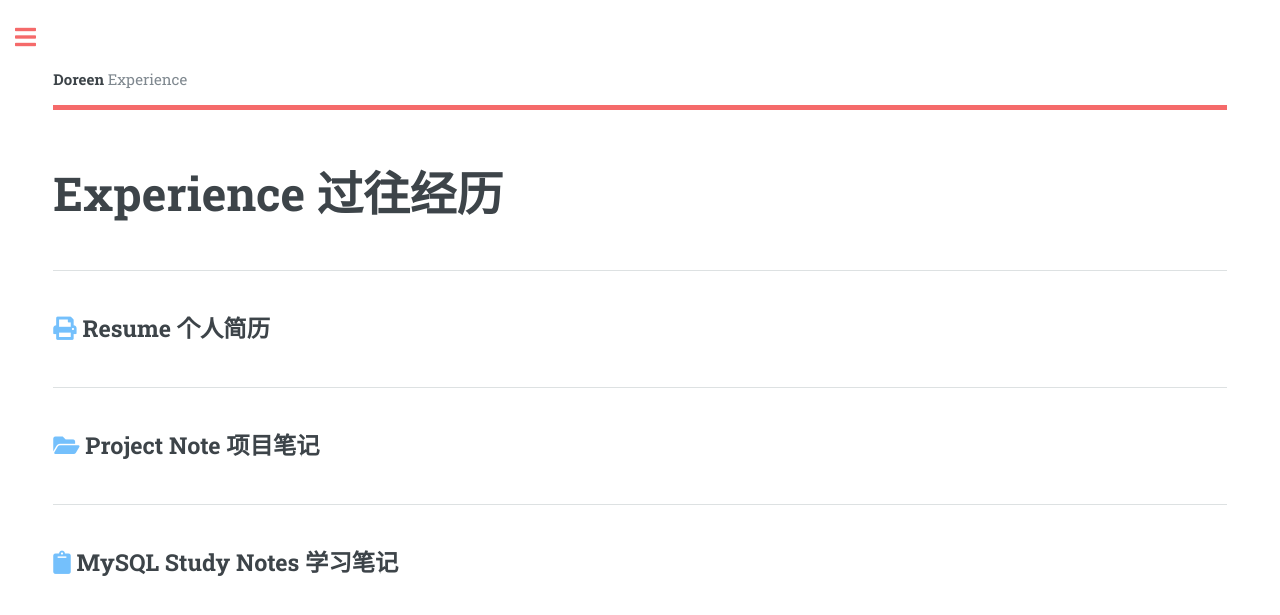
Repository: Hpz3859/Hpz3859.github.io
Page: experience.html
These files come from the project's save history. The page is drawn as it stood at one moment and after the next save; the edit follows.
The browser window is 1280 px wide. The pictures show the whole page.

Above is the page before, as saved 2025-03-19 14:51:44.

After the next save:
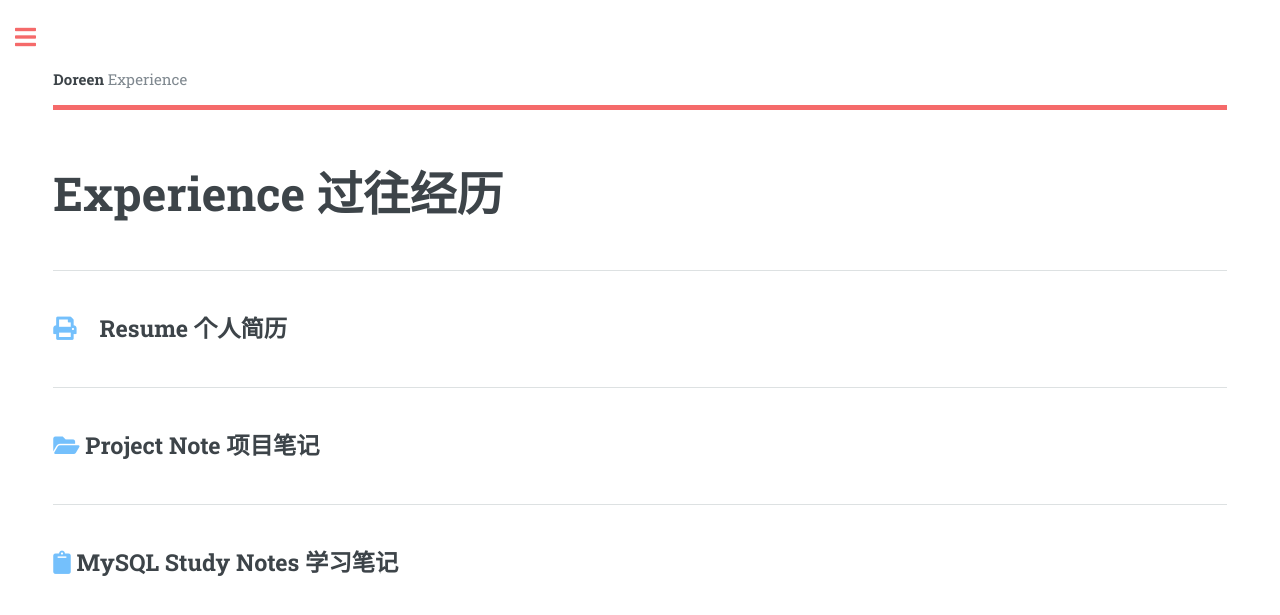
Saved 98 s later.
--- a/experience.html
+++ b/experience.html
@@ -45,6 +45,7 @@
 										<div class="content">
 											<h2>
 												<span class="icon solid fa-print" style="color: #74c0fc;"></span>
+												&nbsp;&nbsp;
 												<a href="resume.html" class="logo">Resume 个人简历</a>
 											</h2>
 										</div>
